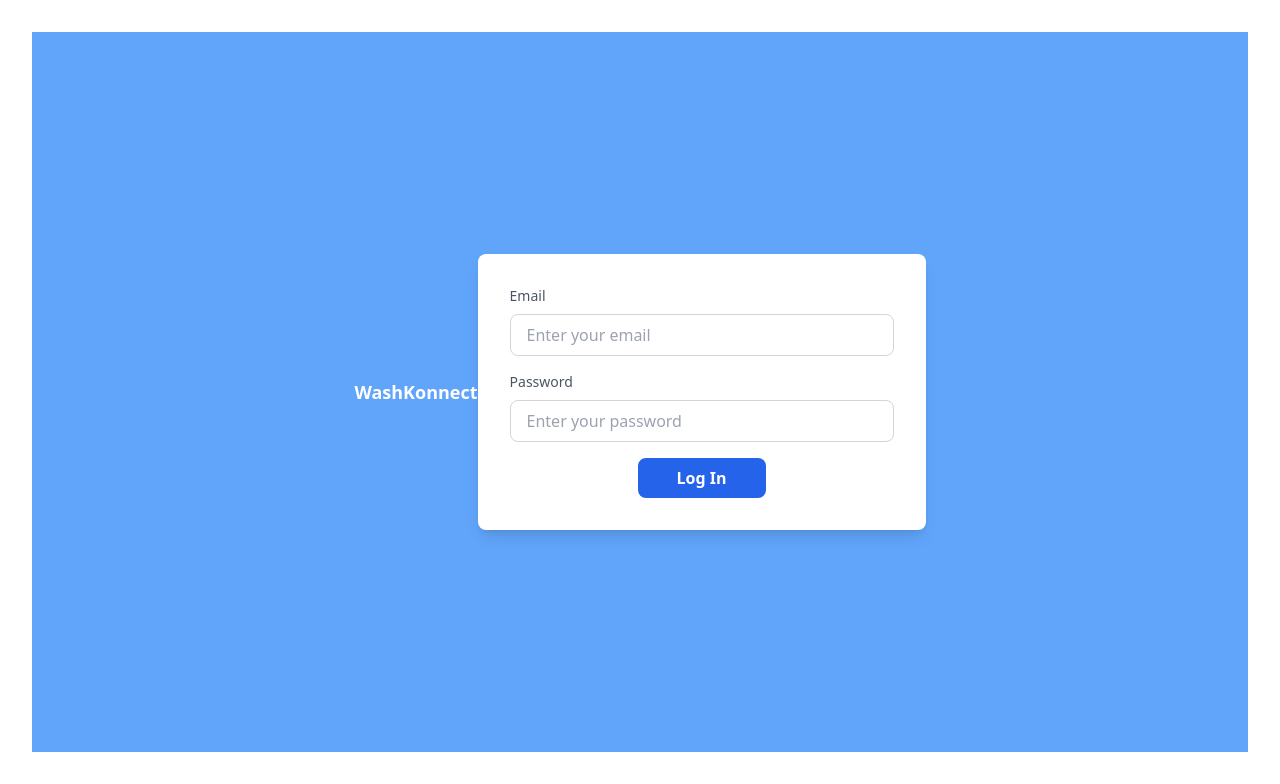
Repository: TEKVOLUTION-LTD/Admin-washKonnect
Page: / (app in Admin-WashKonnect/)
An editor plug-in stored every save of this project. The page is shown before and after the next save, followed by the edit.
The browser window is 1280 px wide. The pictures show the whole page.
The project was rebuilt for these pictures with package versions that can differ from the ones it lists, and the page was loaded fresh each time. Also part of the build but not shown: Admin-WashKonnect/vite.config.js.

Above is the page before, as saved 2024-11-13 01:58:12.

### Admin-WashKonnect/src/App.jsx
import Login from './components/Login';
import './App.css'

function App() {


  return (
    <>
    <div className=''>    <Login /> </div>

    </>
  )
}

export default App

### Admin-WashKonnect/src/components/Login.jsx
import React, {useState} from 'react'

const Login = () => {


  const [email, setEmail] = useState('');
  const [password, setPassword] = useState('');

  const handleSubmit = (e) => {
    e.preventDefault();
    // Handle login logic here (e.g., authentication API call)
    console.log('Email:', email);
    console.log('Password:', password);
  };

  return (

    <>
    <div className="flex items-center justify-center min-h-screen bg-blue-400">

      <h1 className='block font-bold text-lg text-white'>WashKonnect</h1>
      <div className="w-full max-w-md p-8 space-y-6 bg-white rounded-lg shadow-lg">

        <form className="space-y-4" onSubmit={handleSubmit}>
          <div>
            <label htmlFor="email" className="block text-start text-sm font-medium text-gray-600">
              Email
            </label>
            <input
              type="email"
              id="email"
              value={email}
              onChange={(e) => setEmail(e.target.value)}
              required
              className="w-full px-4 py-2 mt-2 text-gray-800 border border-gray-300 rounded-lg focus:outline-none focus:ring-2 focus:ring-blue-500"
              placeholder="Enter your email"
            />
          </div>
          <div>
            <label htmlFor="password" className="block text-start text-sm font-medium text-gray-600">
              Password
            </label>
            <input
              type="password"
              id="password"
              value={password}
              onChange={(e) => setPassword(e.target.value)}
              required
              className="w-full px-4 py-2 mt-2 text-gray-800 border border-gray-300 rounded-lg focus:outline-none focus:ring-2 focus:ring-blue-500"
              placeholder="Enter your password"
            />
          </div>
          <button
            type="submit"
            className="w-1/3 px-4 py-2 font-semibold text-white bg-blue-600 rounded-lg hover:bg-blue-700 focus:outline-none focus:ring-2 focus:ring-blue-500 focus:ring-offset-2"
          >
            Log In
          </button>
        </form>
      </div>
    </div>


    </>
  )
}

export default Login

Loaded but not shown: Admin-WashKonnect/index.html (common file); Admin-WashKonnect/src/main.jsx (common file); Admin-WashKonnect/src/index.css (common file); Admin-WashKonnect/src/App.css (common file); Admin-WashKonnect/tailwind.config.js (common file)

After the next save:
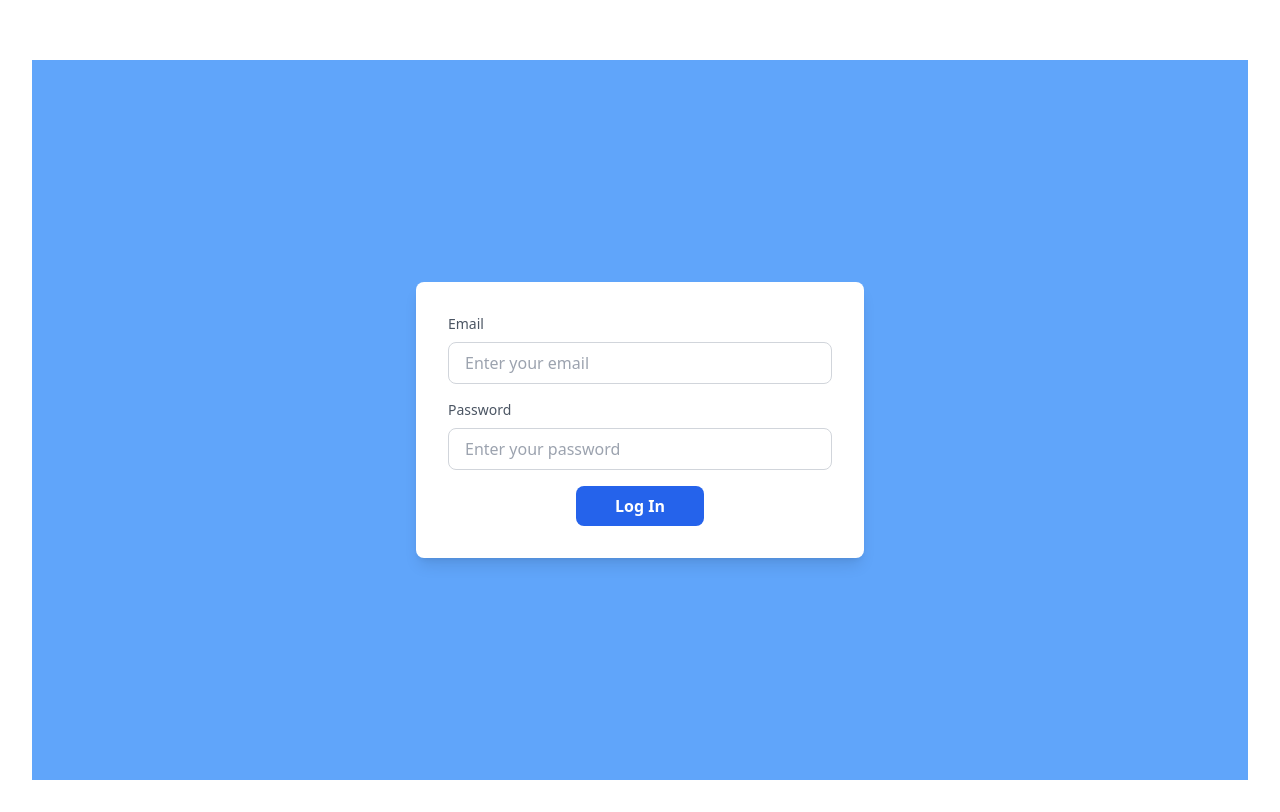
Saved 44 s later.
--- a/Admin-WashKonnect/src/components/Login.jsx
+++ b/Admin-WashKonnect/src/components/Login.jsx
@@ -16,9 +16,11 @@ const Login = () => {
   return (
 
     <>
+
+<h1 className='block font-bold text-lg text-white'>WashKonnect</h1>
     <div className="flex items-center justify-center min-h-screen bg-blue-400">
 
-      <h1 className='block font-bold text-lg text-white'>WashKonnect</h1>
+
       <div className="w-full max-w-md p-8 space-y-6 bg-white rounded-lg shadow-lg">
 
         <form className="space-y-4" onSubmit={handleSubmit}>
